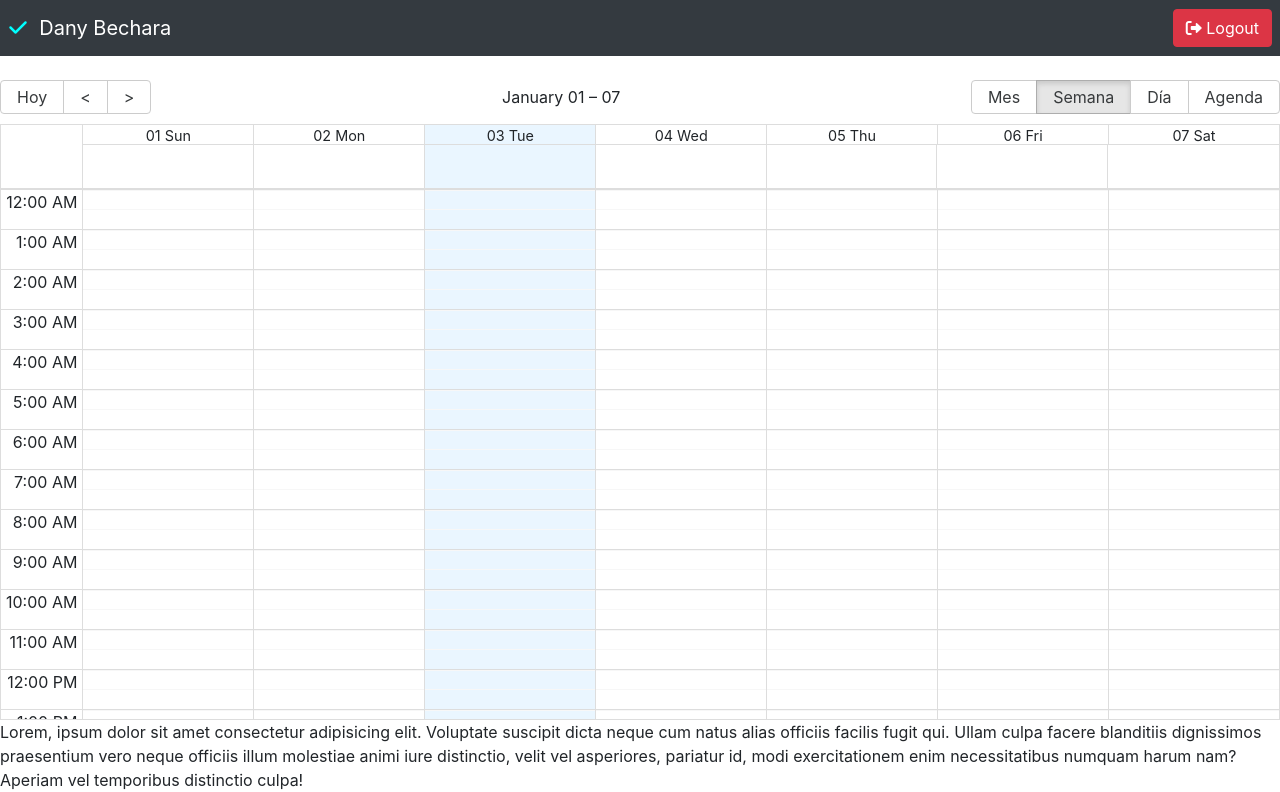
Repository: bechara611/calendar-frontend
Page: /
The author's editor kept a copy of each file at every save. The page is drawn from the files as they stood at one save, then again after the next save.
The browser window is 1280 px wide. The pictures show the whole page.
An inner scrolling area shows only its first screen. The project was rebuilt for these pictures with package versions that can differ from the ones it lists, and the page was loaded fresh each time. Also part of the build but not shown: vite.config.js. Imported but missing from the stored project, and not drawn on this page: src/auth.

Above is the page before, as saved 2023-01-04 19:18:23.

After the next save:
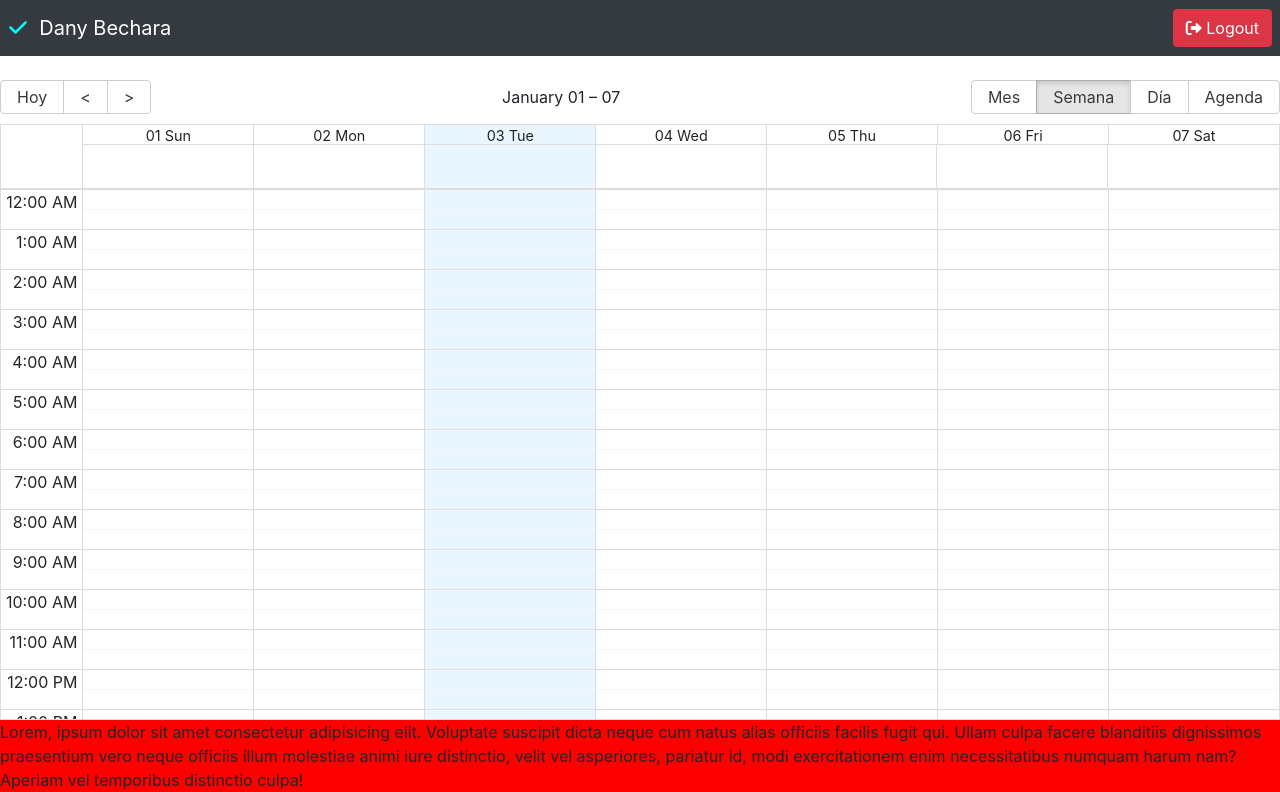
Saved 51 s later.
--- a/src/calendar/pages/CalendarPages.jsx
+++ b/src/calendar/pages/CalendarPages.jsx
@@ -8,7 +8,7 @@ import { localizer } from '../../helpers/'
 import { getMessages } from '../../helpers/Messages'
 import { CalendarEvent } from '../components/CalendarEvent'
 
-
+import '../../styles2.css'
 
 
 const events = [{
